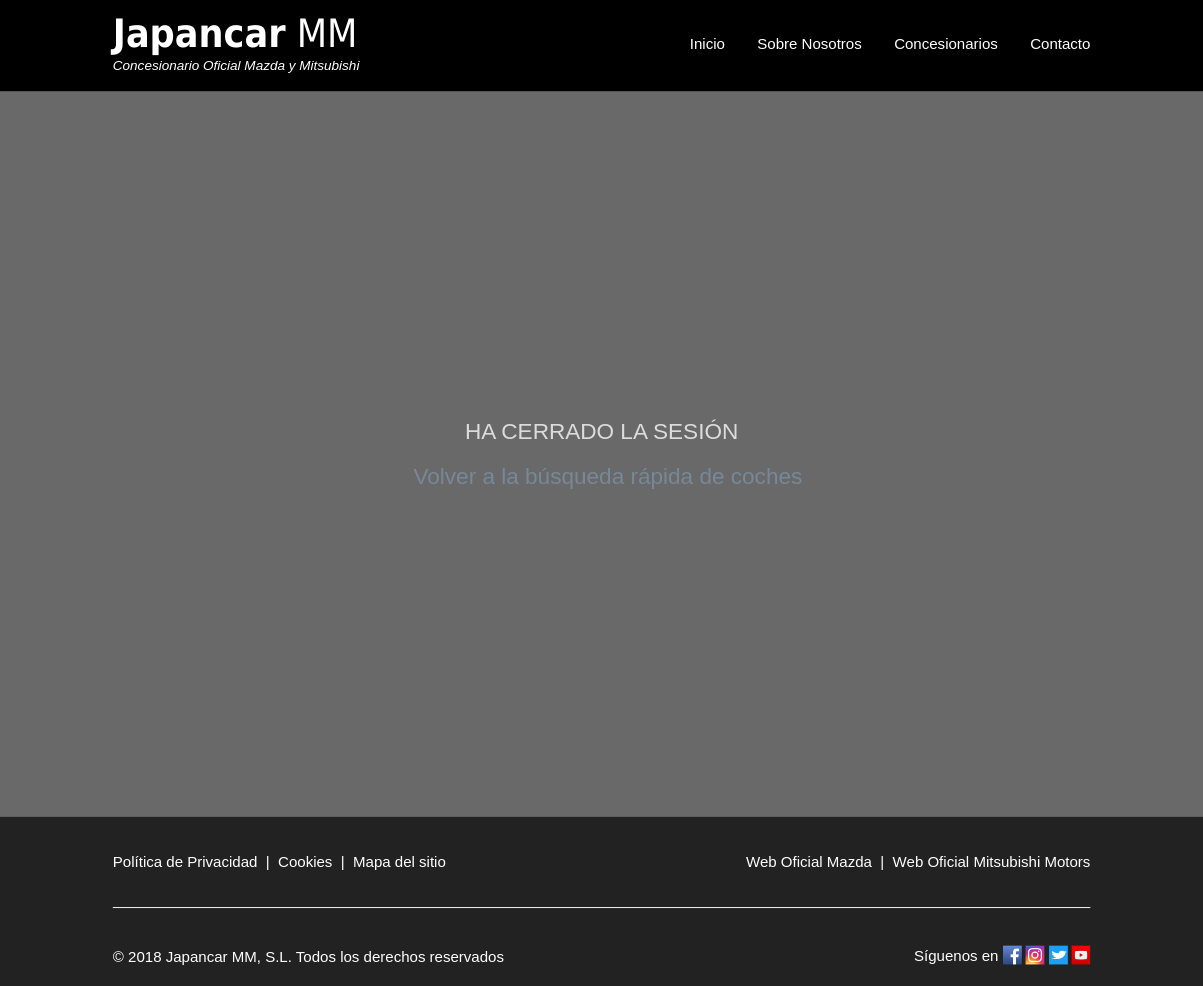
Repository: fjrm/Proyecto_1
Page: PruebaEE/WebContent/PaginaFin.html
These files come from the project's save history. The page is drawn as it stood at one moment and after the next save; the edit follows.
The browser window is 1280 px wide. The pictures show the whole page, at 94% of full size.
Some web libraries are served in a nearby version.

Above is the page before, as saved 2018-12-04 18:27:21.

After the next save:
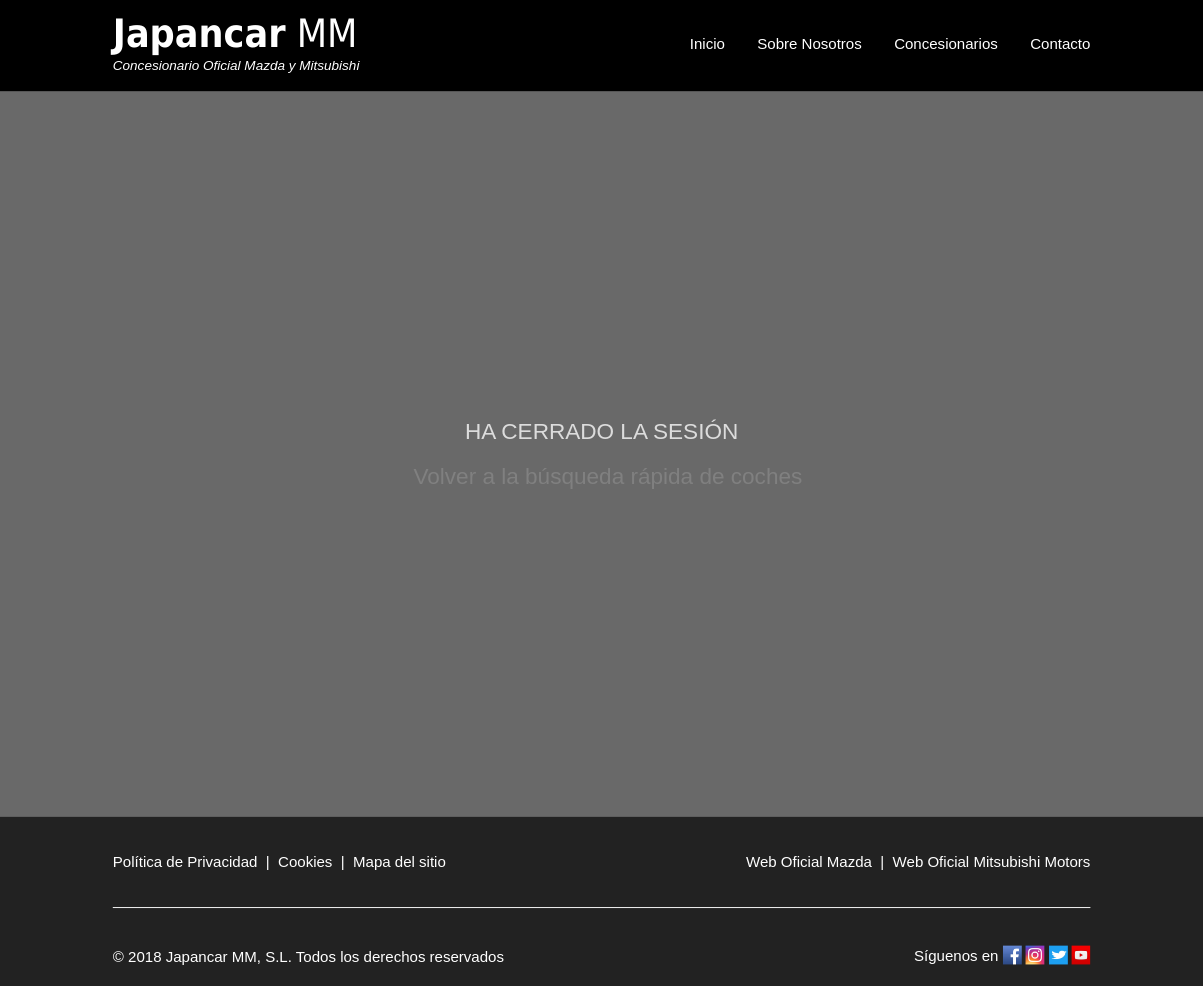
Saved 59 s later.
--- a/PruebaEE/WebContent/PaginaFin.html
+++ b/PruebaEE/WebContent/PaginaFin.html
@@ -21,11 +21,11 @@
 		}
 
 		main>a{
-			color: #778899;
+			color: #808080;
 		}
 
 		main>a:hover{
-			color: #DCDCDC;
+			color: #2F4F4F;
 		}
 
 		body{
